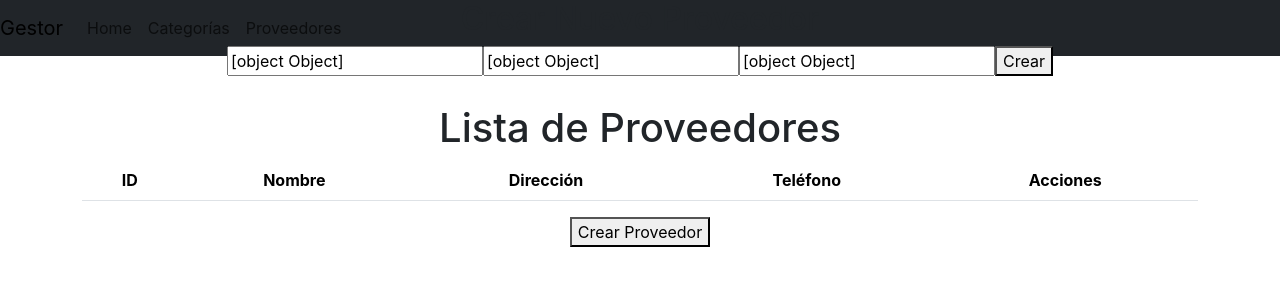
Repository: SantiagoGuaman/gestor-app
Page: /providers, after clicking the first element matching `button`
An editor plug-in stored every save of this project. The page is shown before and after the next save, followed by the edit.
The browser window is 1280 px wide. The pictures show the whole page.
The page's requests for data from a server got no answer. The project was rebuilt for these pictures with package versions that can differ from the ones it lists, and the page was loaded fresh each time. No one was signed in, and anything a server would have sent is missing. Also part of the build but not shown: src/App.css, src/Categories/GetDataCategories.js, src/HomePage/HomePage.js.

Above is the page before, as saved 2024-02-14 11:28:49.

### public/index.html
<!DOCTYPE html>
<html lang="en">
  <head>
    <meta charset="utf-8" />
    <link rel="icon" href="%PUBLIC_URL%/favicon.ico" />
    <meta name="viewport" content="width=device-width, initial-scale=1" />
    <meta name="theme-color" content="#000000" />
    <meta
      name="description"
      content="Web site created using create-react-app"
    />
    <link rel="apple-touch-icon" href="%PUBLIC_URL%/logo192.png" />
    <!--
      manifest.json provides metadata used when your web app is installed on a
      user's mobile device or desktop. See https://developers.google.com/web/fundamentals/web-app-manifest/
    -->
    <link href="https://cdn.jsdelivr.net/npm/bootstrap@5.3.2/dist/css/bootstrap.min.css" rel="stylesheet" integrity="sha384-T3c6CoIi6uLrA9TneNEoa7RxnatzjcDSCmG1MXxSR1GAsXEV/Dwwykc2MPK8M2HN" crossorigin="anonymous">
    <link rel="manifest" href="%PUBLIC_URL%/manifest.json" />
    <!--
      Notice the use of %PUBLIC_URL% in the tags above.
      It will be replaced with the URL of the `public` folder during the build.
      Only files inside the `public` folder can be referenced from the HTML.

      Unlike "/favicon.ico" or "favicon.ico", "%PUBLIC_URL%/favicon.ico" will
      work correctly both with client-side routing and a non-root public URL.
      Learn how to configure a non-root public URL by running `npm run build`.
    -->
    <title>Gestor APP</title>
  </head>
  <body>
    <noscript>You need to enable JavaScript to run this app.</noscript>
    <div id="root"></div>
    <!--
      This HTML file is a template.
      If you open it directly in the browser, you will see an empty page.

      You can add webfonts, meta tags, or analytics to this file.
      The build step will place the bundled scripts into the <body> tag.

      To begin the development, run `npm start` or `yarn start`.
      To create a production bundle, use `npm run build` or `yarn build`.
    -->
  </body>
  <script src="https://cdn.jsdelivr.net/npm/bootstrap@5.3.2/dist/js/bootstrap.bundle.min.js" integrity="sha384-C6RzsynM9kWDrMNeT87bh95OGNyZPhcTNXj1NW7RuBCsyN/o0jlpcV8Qyq46cDfL" crossorigin="anonymous"></script>
</html>

### src/App.js
import { BrowserRouter, Route, Routes } from 'react-router-dom';
import './App.css';
import GetDataCategories from './Categories/GetDataCategories';
import NavBar from './NavBar/NavBar';
import GetDataProviders from './Proveedores/GetDataProviders';
import HomePage from './HomePage/HomePage';

function App() {
  return (
    <div>
      <BrowserRouter>
        <NavBar />
        <Routes>
          <Route exact path='/' element={<HomePage />} />
          <Route exact path='/categories' element={<GetDataCategories />} />
          <Route exact path='/providers' element={<GetDataProviders />} />
        </Routes>
      </BrowserRouter>
    </div>
  );
}

export default App;

### src/NavBar/NavBar.js
import React from 'react'
import { Link } from 'react-router-dom'

function NavBar() {
    return (
        <nav className="navbar navbar-expand-lg navbar-light bg-dark lg">
            <Link className="navbar-brand" to="/">Gestor</Link>
            <button className="navbar-toggler" type="button" data-toggle="collapse" data-target="#navbarNav" aria-controls="navbarNav" aria-expanded="false" aria-label="Toggle navigation">
                <span className="navbar-toggler-icon"></span>
            </button>
            <div className="collapse navbar-collapse" id="navbarNav">
                <ul className="navbar-nav">
                    <li className="nav-item active">
                        <Link className="nav-link" to="/">Home</Link>
                    </li>
                    <li className="nav-item">
                        <Link className="nav-link" to="/categories">Categorías</Link>
                    </li>
                    <li className="nav-item">
                        <Link className="nav-link" to="/providers">Proveedores</Link>
                    </li>
                </ul>
            </div>
        </nav>
    )
}

export default NavBar

### src/Proveedores/GetDataProviders.js
import React, { useEffect, useState } from 'react'

function GetDataProviders() {

    const endPoint = 'http://localhost:8080/api/proveedores';

    const [proveedores, setProveedores] = useState([]);
    const [newProveedor, setNewProveedor] = useState({
        nombre: '',
        direccion: '',
        telefono: ''
    });
    const [editProveedor, setEditProveedor] = useState({
        nombre: '',
        direccion: '',
        telefono: ''
    });
    const [isCreateModalOpen, setCreateModalOpen] = useState(false);

    const fetchData = async () => {
        try {
            const response = await fetch(endPoint);
            if (response.ok) {
                const data = await response.json();
                setProveedores(data);
            }
        } catch (error) {
            console.error("Error fetching data:", error);
        }
    };

    const handleCreate = async () => {
        try {
            const response = await fetch(endPoint, {
                method: 'POST',
                headers: {
                    'Content-Type': 'application/json',
                },
                body: JSON.stringify(newProveedor),
            });

            if (response.ok) {
                console.log('Proveedor creado exitosamente');
                fetchData();
                setNewProveedor({
                    nombre: '',
                    direccion: '',
                    telefono: ''
                });
                setCreateModalOpen(false);
            } else {
                console.error('Error al crear el Proveedor');
            }
        } catch (error) {
            console.error('Error al procesar la solicitud de creación:', error);
        }
    };

    const handleEdit = (proveedor) => {
        setEditProveedor(proveedor);
    };

    const handleUpdate = async () => {
        try {
            const response = await fetch(`${endPoint}/${editProveedor.id}`, {
                method: 'PUT',
                headers: {
                    'Content-Type': 'application/json',
                },
                body: JSON.stringify(editProveedor),
            });

            if (response.ok) {
                console.log('Proveedor actualizado exitosamente');
                fetchData();
                setEditProveedor({
                    id: null,
                    nombre: '',
                    direccion: '',
                    telefono: ''
                });
            } else {
                console.error('Error al actualizar el Proveedor');
            }
        } catch (error) {
            console.error('Error al procesar la solicitud de actualización:', error);
        }
    };

    const handleDelete = async (id) => {
        try {
            const response = await fetch(`${endPoint}/${id}`, {
                method: 'DELETE',
            });

            if (response.ok) {
                console.log('Proveedor eliminado exitosamente');
                fetchData();
            } else {
                console.error('Error al eliminar al Proveedor');
            }
        } catch (error) {
            console.error('Error al procesar la solicitud de eliminación:', error);
        }
    }


    useEffect(() => {
        fetchData();
    }, []);

    return (
        <div className='container text-center mt-5'>
            <h1>Lista de Proveedores</h1>
            <table className="table table-hover">
                <thead>
                    <tr>
                        <th>ID</th>
                        <th>Nombre</th>
                        <th>Dirección</th>
                        <th>Teléfono</th>
                        <th>Acciones</th>
                    </tr>
                </thead>
                <tbody>
                    {proveedores.map((proveedor) => (
                        <tr key={proveedor.id_proveedor}>
                            <td>{proveedor.id_proveedor}</td>
                            <td>{proveedor.nombre}</td>
                            <td>{proveedor.direccion}</td>
                            <td>{proveedor.telefono}</td>
                            <td>
                                <button className='btn btn-secondary' onClick={() => handleEdit(proveedor)}>Editar</button>
                                <button className='btn btn-danger' onClick={() => handleDelete(proveedor.id_proveedor)}>Eliminar</button>
                            </td>
                        </tr>
                    ))}
                </tbody>
            </table>
            <button onClick={() => setCreateModalOpen(true)}>Crear Proveedor</button>
            {isCreateModalOpen && (
                <div className="modal" tabIndex="-1" role="dialog" style={{ display: 'block' }}>
                    <h2>Crear Nuevo Proveedor</h2>
                    <input
                        type="text"
                        value={newProveedor}
                        onChange={(e) => setNewProveedor(e.target.value)}
                    />
                     <input
                        type="text"
                        value={newProveedor}
                        onChange={(e) => setNewProveedor(e.target.value)}
                    />
                     <input
                        type="text"
                        value={newProveedor}
                        onChange={(e) => setNewProveedor(e.target.value)}
                    />
                    <button onClick={handleCreate}>Crear</button>
                </div>
            )}
            {editProveedor.id && (
                <div>
                    <h2>Editar Proveedor</h2>
                    <input
                        type="text"
                        value={editProveedor.nombre}
                        onChange={(e) => setEditProveedor({ ...editProveedor, nombre: e.target.value })}
                    />
                    <input
                        type="text"
                        value={editProveedor.direccion}
                        onChange={(e) => setEditProveedor({ ...editProveedor, direccion: e.target.value })}
                    />
                    <input
                        type="text"
                        value={editProveedor.telefono}
                        onChange={(e) => setEditProveedor({ ...editProveedor, telefono: e.target.value })}
                    />
                    <button className='btn btn-success' onClick={handleUpdate}>Guardar</button>
                </div>
            )}
        </div>
    );
}

export default GetDataProviders

Loaded but not shown: src/index.js (common file); src/index.css (common file); src/reportWebVitals.js (common file)

After the next save:
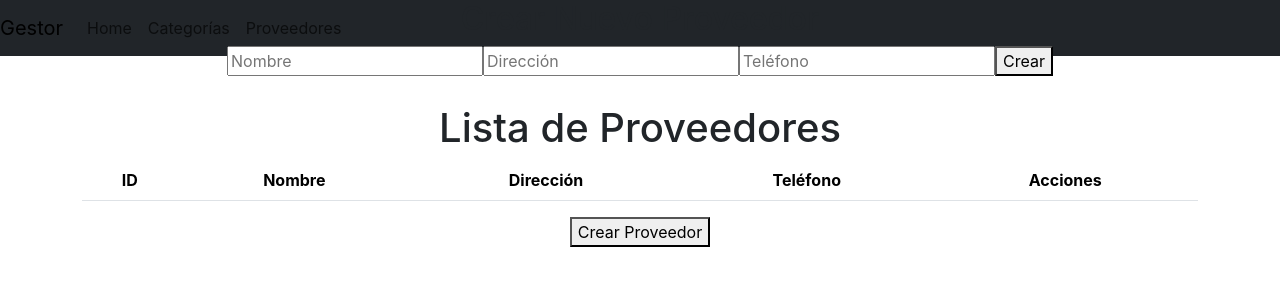
Saved 27 s later.
--- a/src/Proveedores/GetDataProviders.js
+++ b/src/Proveedores/GetDataProviders.js
@@ -143,18 +143,21 @@ function GetDataProviders() {
                     <h2>Crear Nuevo Proveedor</h2>
                     <input
                         type="text"
-                        value={newProveedor}
-                        onChange={(e) => setNewProveedor(e.target.value)}
+                        placeholder="Nombre"
+                        value={newProveedor.nombre}
+                        onChange={(e) => setNewProveedor({ ...newProveedor, nombre: e.target.value })}
                     />
-                     <input
+                    <input
                         type="text"
-                        value={newProveedor}
-                        onChange={(e) => setNewProveedor(e.target.value)}
+                        placeholder="Dirección"
+                        value={newProveedor.direccion}
+                        onChange={(e) => setNewProveedor({ ...newProveedor, direccion: e.target.value })}
                     />
-                     <input
+                    <input
                         type="text"
-                        value={newProveedor}
-                        onChange={(e) => setNewProveedor(e.target.value)}
+                        placeholder="Teléfono"
+                        value={newProveedor.telefono}
+                        onChange={(e) => setNewProveedor({ ...newProveedor, telefono: e.target.value })}
                     />
                     <button onClick={handleCreate}>Crear</button>
                 </div>
